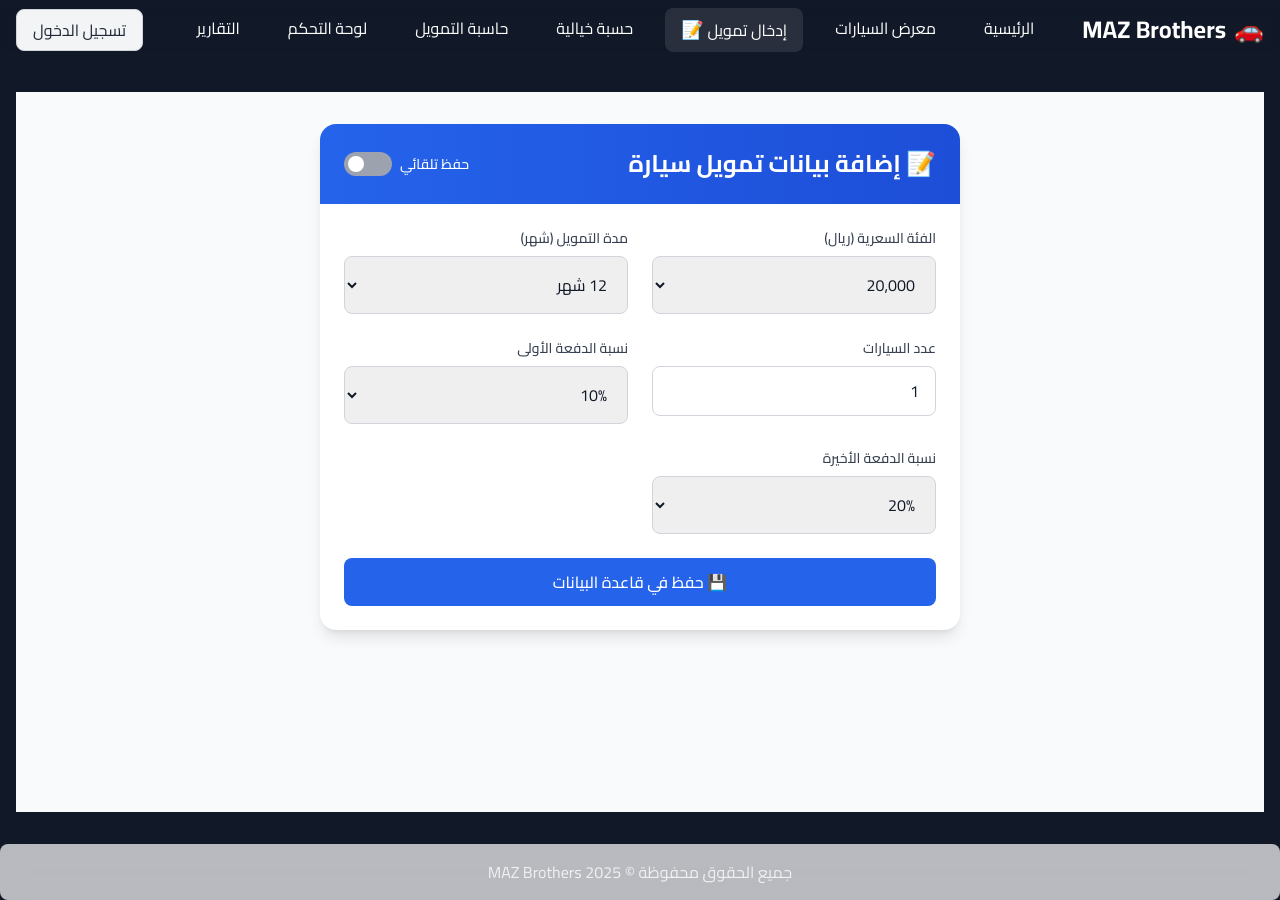
Repository: mazroni9/car-finance2
Page: /admin/car-finance-entry
These files come from the project's save history. The page is drawn as it stood at one moment and after the next save; the edit follows.
The browser window is 1280 px wide. The pictures show the whole page.
The project was rebuilt for these pictures with package versions that can differ from the ones it lists, and the page was loaded fresh each time. Some packages were replaced by stand-ins written for this rebuild. The framework's server and built-in components were replaced by stand-ins that run in the browser. Also part of the build but not shown: next.config.mjs.

Above is the page before, as saved 2025-07-02 09:34:29.

### src/app/layout.tsx
import { Cairo } from "next/font/google";
import Navigation from "@/components/Navigation";
import "./globals.css";
import { metadata } from "./metadata";

const cairo = Cairo({
  subsets: ["arabic"],
  display: 'swap',
  adjustFontFallback: false
});

export { metadata };

export default function RootLayout({
  children,
}: {
  children: React.ReactNode;
}) {
  return (
    <html lang="ar" dir="rtl">
      <body className={cairo.className} suppressHydrationWarning>
        <Navigation />
        <main className="container mx-auto px-4 py-8">
          {children}
        </main>
        <footer className="glass-card mt-auto p-4">
          <div className="container mx-auto text-center">
            <p className="opacity-80">جميع الحقوق محفوظة © 2025 MAZ Brothers</p>
          </div>
        </footer>
      </body>
    </html>
  );
}

### src/app/admin/car-finance-entry/page.tsx
'use client';

import React, { useState, useEffect } from 'react';

interface CarFinanceFormProps {}

export default function CarFinanceForm({}: CarFinanceFormProps) {
  const [priceCategory, setPriceCategory] = useState<number>(20000);
  const [durationMonths, setDurationMonths] = useState<number>(12);
  const [quantity, setQuantity] = useState<number>(1);
  const [downPaymentPercent, setDownPaymentPercent] = useState<number>(0.10);
  const [lastPaymentPercent, setLastPaymentPercent] = useState<number>(0.20);
  const [status, setStatus] = useState<string>('');
  const [autoSave, setAutoSave] = useState<boolean>(false);
  const [isSaving, setIsSaving] = useState<boolean>(false);

  const saveData = async () => {
    if (isSaving) return;

    setIsSaving(true);
    setStatus('جارٍ الحفظ...');

    try {
      const res = await fetch('/api/installment/save', {
        method: 'POST',
        headers: { 'Content-Type': 'application/json' },
        body: JSON.stringify({
          price_category: priceCategory,
          duration_months: durationMonths,
          quantity,
          down_payment_percent: downPaymentPercent,
          last_payment_percent: lastPaymentPercent
        })
      });

      if (res.ok) {
        setStatus('✅ تم الحفظ بنجاح');
        setTimeout(() => setStatus(''), 2000);
      } else {
        const err = await res.json();
        setStatus(`❌ خطأ: ${err.error}`);
      }
    } catch (error) {
      console.error(error);
      setStatus('❌ حدث خطأ أثناء الحفظ');
    } finally {
      setIsSaving(false);
    }
  };

  useEffect(() => {
    if (autoSave) {
      const timer = setTimeout(saveData, 1000);
      return () => clearTimeout(timer);
    }
  }, [priceCategory, durationMonths, quantity, downPaymentPercent, lastPaymentPercent, autoSave]);

  return (
    <div className="min-h-screen bg-gray-50 dark:bg-gray-900 py-8">
      <div className="max-w-2xl mx-auto px-4">
        <div className="bg-white rounded-2xl shadow-lg overflow-hidden">
          {/* Header */}
          <div className="bg-gradient-to-r from-blue-600 to-blue-700 p-6 text-white">
            <div className="flex justify-between items-center">
              <h1 className="text-2xl font-bold">📝 إضافة بيانات تمويل سيارة</h1>
              <label className="flex items-center gap-2 cursor-pointer select-none">
                <span className="text-sm font-medium">حفظ تلقائي</span>
                <div className={`relative w-12 h-6 transition duration-200 ease-linear rounded-full ${autoSave ? 'bg-green-400' : 'bg-gray-400'}`}>
                  <input
                    type="checkbox"
                    className="hidden"
                    checked={autoSave}
                    onChange={(e) => setAutoSave(e.target.checked)}
                    aria-label="تفعيل الحفظ التلقائي"
                  />
                  <div className={`absolute left-1 top-1 w-4 h-4 transition duration-200 ease-linear transform bg-white rounded-full ${autoSave ? 'translate-x-6' : 'translate-x-0'}`}></div>
                </div>
              </label>
            </div>
          </div>

          {/* Form */}
          <div className="p-6 space-y-6">
            <div className="grid grid-cols-1 md:grid-cols-2 gap-6">
              <div>
                <label htmlFor="priceCategory" className="block text-sm font-medium text-gray-700 mb-2">الفئة السعرية (ريال)</label>
                <select
                  id="priceCategory"
                  value={priceCategory}
                  onChange={(e) => setPriceCategory(Number(e.target.value))}
                  className="block w-full px-4 py-3 text-gray-900 border border-gray-300 rounded-lg focus:ring-2 focus:ring-blue-500 focus:border-blue-500"
                  aria-label="اختر الفئة السعرية"
                >
                  <option value={20000}>20,000</option>
                  <option value={25000}>25,000</option>
                  <option value={30000}>30,000</option>
                  <option value={40000}>40,000</option>
                  <option value={50000}>50,000</option>
                </select>
              </div>

              <div>
                <label htmlFor="durationMonths" className="block text-sm font-medium text-gray-700 mb-2">مدة التمويل (شهر)</label>
                <select
                  id="durationMonths"
                  value={durationMonths}
                  onChange={(e) => setDurationMonths(Number(e.target.value))}
                  className="block w-full px-4 py-3 text-gray-900 border border-gray-300 rounded-lg focus:ring-2 focus:ring-blue-500 focus:border-blue-500"
                  aria-label="اختر مدة التمويل"
                >
                  <option value={12}>12 شهر</option>
                  <option value={18}>18 شهر</option>
                  <option value={24}>24 شهر</option>
                  <option value={36}>36 شهر</option>
                </select>
              </div>

              <div>
                <label htmlFor="quantity" className="block text-sm font-medium text-gray-700 mb-2">عدد السيارات</label>
                <input
                  id="quantity"
                  type="number"
                  min={1}
                  value={quantity}
                  onChange={(e) => setQuantity(Number(e.target.value))}
                  className="block w-full px-4 py-3 text-gray-900 border border-gray-300 rounded-lg focus:ring-2 focus:ring-blue-500 focus:border-blue-500"
                  aria-label="أدخل عدد السيارات"
                  placeholder="أدخل عدد السيارات"
                />
              </div>

              <div>
                <label htmlFor="downPayment" className="block text-sm font-medium text-gray-700 mb-2">نسبة الدفعة الأولى</label>
                <select
                  id="downPayment"
                  value={downPaymentPercent}
                  onChange={(e) => setDownPaymentPercent(Number(e.target.value))}
                  className="block w-full px-4 py-3 text-gray-900 border border-gray-300 rounded-lg focus:ring-2 focus:ring-blue-500 focus:border-blue-500"
                  aria-label="اختر نسبة الدفعة الأولى"
                >
                  <option value={0.10}>10%</option>
                  <option value={0.15}>15%</option>
                  <option value={0.20}>20%</option>
                </select>
              </div>

              <div>
                <label htmlFor="lastPayment" className="block text-sm font-medium text-gray-700 mb-2">نسبة الدفعة الأخيرة</label>
                <select
                  id="lastPayment"
                  value={lastPaymentPercent}
                  onChange={(e) => setLastPaymentPercent(Number(e.target.value))}
                  className="block w-full px-4 py-3 text-gray-900 border border-gray-300 rounded-lg focus:ring-2 focus:ring-blue-500 focus:border-blue-500"
                  aria-label="اختر نسبة الدفعة الأخيرة"
                >
                  <option value={0.10}>10%</option>
                  <option value={0.15}>15%</option>
                  <option value={0.20}>20%</option>
                </select>
              </div>
            </div>

            <button
              onClick={saveData}
              disabled={isSaving}
              className={`w-full px-6 py-3 text-white font-medium rounded-lg transition-colors ${
                isSaving
                ? 'bg-gray-400 cursor-not-allowed'
                : 'bg-blue-600 hover:bg-blue-700'
              }`}
              aria-label="حفظ البيانات"
            >
              {isSaving ? '⏳ جارٍ الحفظ...' : '💾 حفظ في قاعدة البيانات'}
            </button>

            {status && (
              <div className={`p-4 rounded-lg text-center ${
                status.includes('✅') ? 'bg-green-50 text-green-800' :
                status.includes('❌') ? 'bg-red-50 text-red-800' :
                'bg-blue-50 text-blue-800'
              }`}
              role="alert"
              aria-live="polite"
              >
                {status}
              </div>
            )}
          </div>
        </div>
      </div>
    </div>
  );
}

### src/components/Navigation.tsx
'use client';

import Link from 'next/link';
import { usePathname } from 'next/navigation';

export default function Navigation() {
  const pathname = usePathname();

  return (
    <header className="sticky top-0 z-50 w-full backdrop-blur-sm">
      <nav className="mx-4 my-2">
        <div className="container mx-auto">
          <div className="flex items-center justify-between">
            <div className="flex items-center gap-8">
              <Link href="/" className="flex items-center gap-2">
                <span className="text-2xl">🚗</span>
                <h1 className="text-2xl font-bold">MAZ Brothers</h1>
              </Link>
              <div className="flex gap-4">
                <Link
                  href="/"
                  className={`nav-link ${pathname === '/' ? 'bg-white/10' : ''}`}
                >
                  الرئيسية
                </Link>
                <Link
                  href="/cars"
                  className={`nav-link ${pathname === '/cars' ? 'bg-white/10' : ''}`}
                >
                  معرض السيارات
                </Link>
                <Link
                  href="/admin/car-finance-entry"
                  className={`nav-link ${pathname === '/admin/car-finance-entry' ? 'bg-white/10' : ''}`}
                >
                  <span className="flex items-center gap-1">
                    <span>إدخال تمويل</span>
                    <span className="text-lg">📝</span>
                  </span>
                </Link>
                <Link
                  href="/car-finance"
                  className={`nav-link ${pathname === '/car-finance' ? 'bg-white/10' : ''}`}
                >
                  حسبة خيالية
                </Link>
                <Link
                  href="/finance"
                  className={`nav-link ${pathname === '/finance' ? 'bg-white/10' : ''}`}
                >
                  حاسبة التمويل
                </Link>
                <Link
                  href="/dashboard"
                  className={`nav-link ${pathname === '/dashboard' ? 'bg-white/10' : ''}`}
                >
                  لوحة التحكم
                </Link>
                <Link
                  href="/reports"
                  className={`nav-link ${pathname === '/reports' ? 'bg-white/10' : ''}`}
                >
                  التقارير
                </Link>
              </div>
            </div>
            <div className="flex items-center gap-4">
              <button className="button-secondary">تسجيل الدخول</button>
            </div>
          </div>
        </div>
      </nav>
      <style jsx>{`
        .nav-link {
          @apply px-4 py-2 rounded-lg text-white/90 hover:bg-white/10 transition-colors;
        }
        .button-secondary {
          @apply px-4 py-2 rounded-lg bg-white/10 text-white hover:bg-white/20 transition-colors;
        }
      `}</style>
    </header>
  );
}

### src/app/globals.css
@tailwind base;
@tailwind components;
@tailwind utilities;

:root {
  --primary: #2563eb;
  --secondary: #64748b;
}

@layer base {
  body {
    @apply bg-gray-900 text-white;
  }
}

@layer components {
  .glass-card {
    @apply bg-white bg-opacity-70 backdrop-blur-lg rounded-lg shadow-lg;
  }

  .button-primary {
    @apply bg-blue-600 text-white rounded-lg px-4 py-2 hover:bg-blue-700 transition-colors duration-200 inline-block;
  }

  .button-secondary {
    @apply bg-gray-100 text-gray-800 rounded-lg px-4 py-2 hover:bg-gray-200 transition-colors duration-200 inline-block border border-gray-300;
  }

  .nav-link {
    @apply px-4 py-2 rounded-lg hover:bg-white/10 transition-colors;
  }

  .countdown-box {
    @apply flex items-center justify-center bg-white/10 rounded-lg p-3 backdrop-blur-sm;
  }

  .countdown-number {
    @apply text-2xl font-bold text-white/90;
  }

  .countdown-label {
    @apply text-sm text-white/70;
  }

  .input-field {
    @apply w-full p-2 rounded-lg bg-white/10 border border-white/10 focus:outline-none focus:border-[var(--text-primary)] text-[var(--text-primary)];
  }

  .input-field::placeholder {
    color: var(--text-secondary);
    opacity: 0.5;
  }

  .select-field {
    @apply w-full p-2 rounded-lg bg-white/10 border border-white/10 focus:outline-none focus:border-[var(--text-primary)] text-[var(--text-primary)];
  }

  .error-message {
    @apply bg-[var(--error-light)] bg-opacity-10 text-[var(--error-text)] text-opacity-90 rounded-lg p-2;
  }

  .error-box {
    @apply bg-[var(--error-light)] bg-opacity-10 text-[var(--error-text)] text-opacity-90 rounded-lg px-3 py-2 flex items-center gap-2;
  }

  .error-count {
    @apply bg-[var(--error-light)] bg-opacity-10 text-[var(--error-text)] text-opacity-90 rounded-full px-2 py-1 text-sm flex items-center gap-1;
  }

  .stat-card {
    @apply glass-card p-6;
  }

  .stat-value {
    @apply text-3xl font-bold text-[var(--text-primary)];
  }

  .stat-label {
    @apply text-sm text-[var(--text-secondary)];
  }

  .form-label {
    @apply block text-sm mb-2 text-[var(--text-primary)];
  }

  .form-value {
    @apply text-[var(--text-primary)] text-lg;
  }
}

/* تحريك الخلفية */
@keyframes gradientAnimation {
  0% { background-position: 0% 50%; }
  50% { background-position: 100% 50%; }
  100% { background-position: 0% 50%; }
}

.animated-gradient {
  background: linear-gradient(135deg,
    rgb(224, 236, 228) 0%,
    rgb(209, 227, 217) 50%,
    rgb(196, 215, 204) 100%
  );
  position: fixed;
  top: 0;
  left: 0;
  right: 0;
  bottom: 0;
  z-index: -1;
}

/* تأثيرات إضافية */
.hover-card {
  @apply transition-colors;
}

.hover-card:hover {
  @apply bg-white/10;
}

### src/app/metadata.ts
import type { Metadata } from "next";

export const metadata: Metadata = {
  title: "نظام تمويل السيارات | MAZ Brothers",
  description: "نظام إدارة تمويل وتقسيط السيارات",
};

### tailwind.config.js
/** @type {import('tailwindcss').Config} */
module.exports = {
  content: [
    './src/pages/**/*.{js,ts,jsx,tsx,mdx}',
    './src/components/**/*.{js,ts,jsx,tsx,mdx}',
    './src/app/**/*.{js,ts,jsx,tsx,mdx}',
  ],
  theme: {
    extend: {
      colors: {
        primary: 'var(--primary)',
        secondary: 'var(--secondary)',
      },
    },
  },
  plugins: [],
}

After the next save:
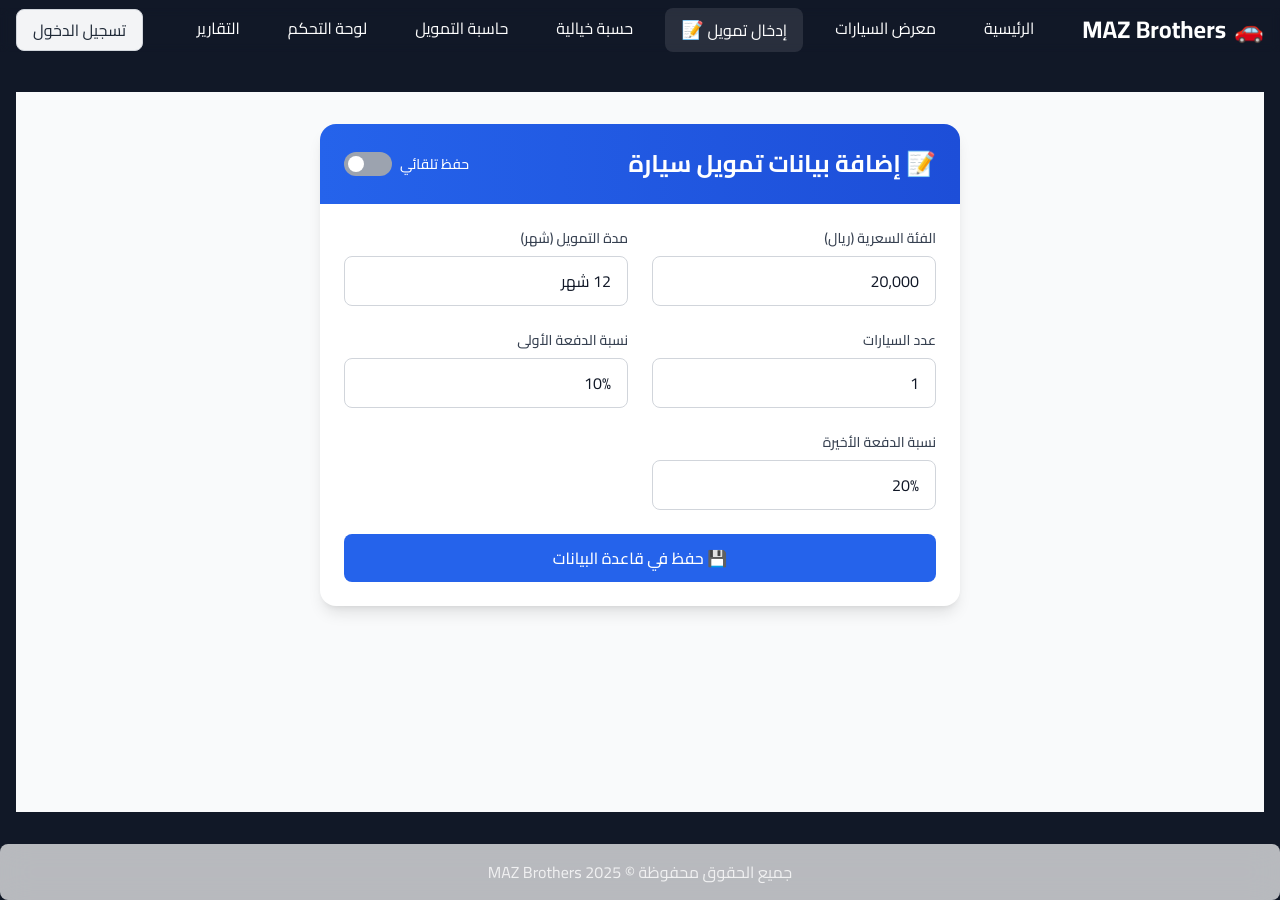
Saved 23 min 50 s later.
--- a/src/app/admin/car-finance-entry/page.tsx
+++ b/src/app/admin/car-finance-entry/page.tsx
@@ -88,8 +88,9 @@ export default function CarFinanceForm({}: CarFinanceFormProps) {
                   id="priceCategory"
                   value={priceCategory}
                   onChange={(e) => setPriceCategory(Number(e.target.value))}
-                  className="block w-full px-4 py-3 text-gray-900 border border-gray-300 rounded-lg focus:ring-2 focus:ring-blue-500 focus:border-blue-500"
+                  className="block w-full px-4 py-3 text-gray-900 border border-gray-300 rounded-lg focus:ring-2 focus:ring-blue-500 focus:border-blue-500 bg-white appearance-none"
                   aria-label="اختر الفئة السعرية"
+                  dir="rtl"
                 >
                   <option value={20000}>20,000</option>
                   <option value={25000}>25,000</option>
@@ -105,8 +106,9 @@ export default function CarFinanceForm({}: CarFinanceFormProps) {
                   id="durationMonths"
                   value={durationMonths}
                   onChange={(e) => setDurationMonths(Number(e.target.value))}
-                  className="block w-full px-4 py-3 text-gray-900 border border-gray-300 rounded-lg focus:ring-2 focus:ring-blue-500 focus:border-blue-500"
+                  className="block w-full px-4 py-3 text-gray-900 border border-gray-300 rounded-lg focus:ring-2 focus:ring-blue-500 focus:border-blue-500 bg-white appearance-none"
                   aria-label="اختر مدة التمويل"
+                  dir="rtl"
                 >
                   <option value={12}>12 شهر</option>
                   <option value={18}>18 شهر</option>
@@ -135,8 +137,9 @@ export default function CarFinanceForm({}: CarFinanceFormProps) {
                   id="downPayment"
                   value={downPaymentPercent}
                   onChange={(e) => setDownPaymentPercent(Number(e.target.value))}
-                  className="block w-full px-4 py-3 text-gray-900 border border-gray-300 rounded-lg focus:ring-2 focus:ring-blue-500 focus:border-blue-500"
+                  className="block w-full px-4 py-3 text-gray-900 border border-gray-300 rounded-lg focus:ring-2 focus:ring-blue-500 focus:border-blue-500 bg-white appearance-none"
                   aria-label="اختر نسبة الدفعة الأولى"
+                  dir="rtl"
                 >
                   <option value={0.10}>10%</option>
                   <option value={0.15}>15%</option>
@@ -150,8 +153,9 @@ export default function CarFinanceForm({}: CarFinanceFormProps) {
                   id="lastPayment"
                   value={lastPaymentPercent}
                   onChange={(e) => setLastPaymentPercent(Number(e.target.value))}
-                  className="block w-full px-4 py-3 text-gray-900 border border-gray-300 rounded-lg focus:ring-2 focus:ring-blue-500 focus:border-blue-500"
+                  className="block w-full px-4 py-3 text-gray-900 border border-gray-300 rounded-lg focus:ring-2 focus:ring-blue-500 focus:border-blue-500 bg-white appearance-none"
                   aria-label="اختر نسبة الدفعة الأخيرة"
+                  dir="rtl"
                 >
                   <option value={0.10}>10%</option>
                   <option value={0.15}>15%</option>
